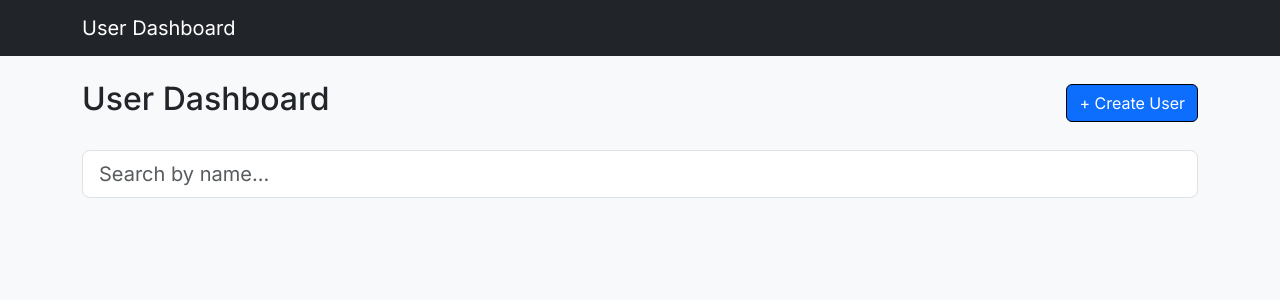
Repository: yugandhar-2003/user_dashboard
Page: /
The author's editor kept a copy of each file at every save. The page is drawn from the files as they stood at one save, then again after the next save.
The browser window is 1280 px wide. The pictures show the whole page.
The page's requests for data from a server got no answer. The project was rebuilt for these pictures with package versions that can differ from the ones it lists, and the page was loaded fresh each time. No one was signed in, and anything a server would have sent is missing. Also part of the build but not shown: vite.config.js, src/components/UserCard.jsx, src/pages/CreateUserModal.jsx, src/components/UserDetails.jsx.

Above is the page before, as saved 2025-09-13 12:18:58.

After the next save:
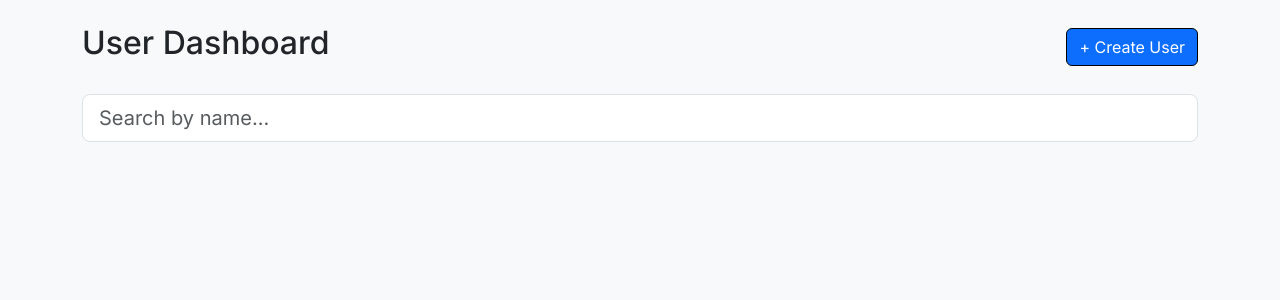
Saved 2 min 30 s later.
--- a/src/App.jsx
+++ b/src/App.jsx
@@ -6,11 +6,7 @@ import UserDetails from './components/UserDetails'
 export default function App(){
   return (
     <div>
-      <nav className="navbar navbar-expand-lg navbar-dark bg-dark">
-        <div className="container">
-          <Link to="/" className="navbar-brand">User Dashboard</Link>
-        </div>
-      </nav>
+
 
       <main className="container my-4">
         <Routes>
